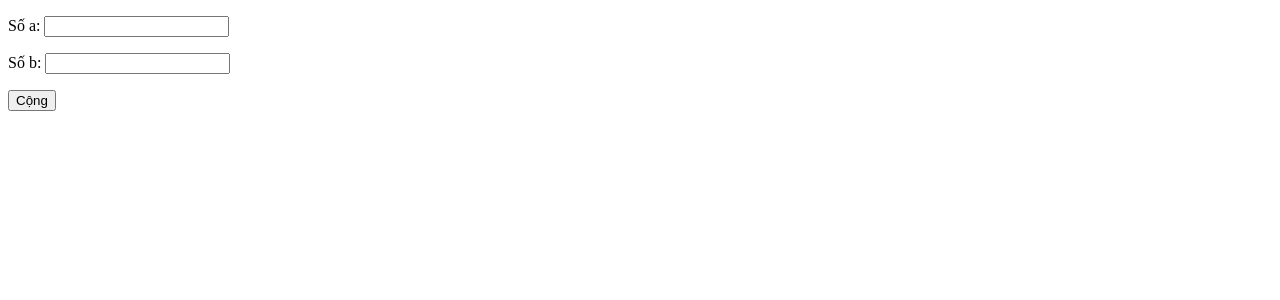
Repository: hoa-nguyen-bk/Module_3
Page: http://localhost/Bai3_JSP/vd2_bienAn_cong-2-so2_template.jsp
These files come from the project's save history. The page is drawn as it stood at one moment and after the next save; the edit follows.
The browser window is 1280 px wide. The pictures show the whole page.
The page is served by Tomcat 9.

Above is the page before, as saved 2024-08-03 11:55:46.

After the next save:
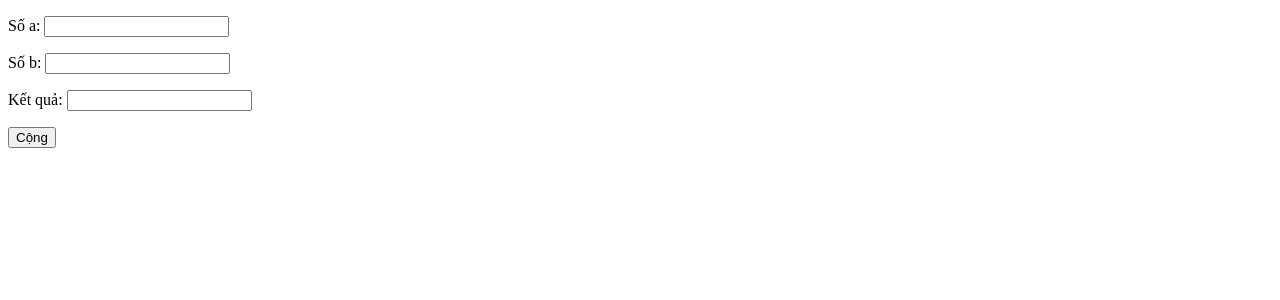
Saved 16 s later.
--- a/Bai3_JSP/src/main/webapp/vd2_bienAn_cong-2-so2_template.jsp
+++ b/Bai3_JSP/src/main/webapp/vd2_bienAn_cong-2-so2_template.jsp
@@ -10,6 +10,8 @@
 <form action="" method="post">
 	<p><label>Số a: </label><input type="text" name="soA" value=""></p>
 	<p><label>Số b: </label><input type="text" name="soB" value=""></p>
+	<p><label>Kết quả: </label><input type="text" name="kq" value=""></p>
+
 	<p><input type="submit" name="btnCong" value="Cộng"></p>
 </form>
 </body>
